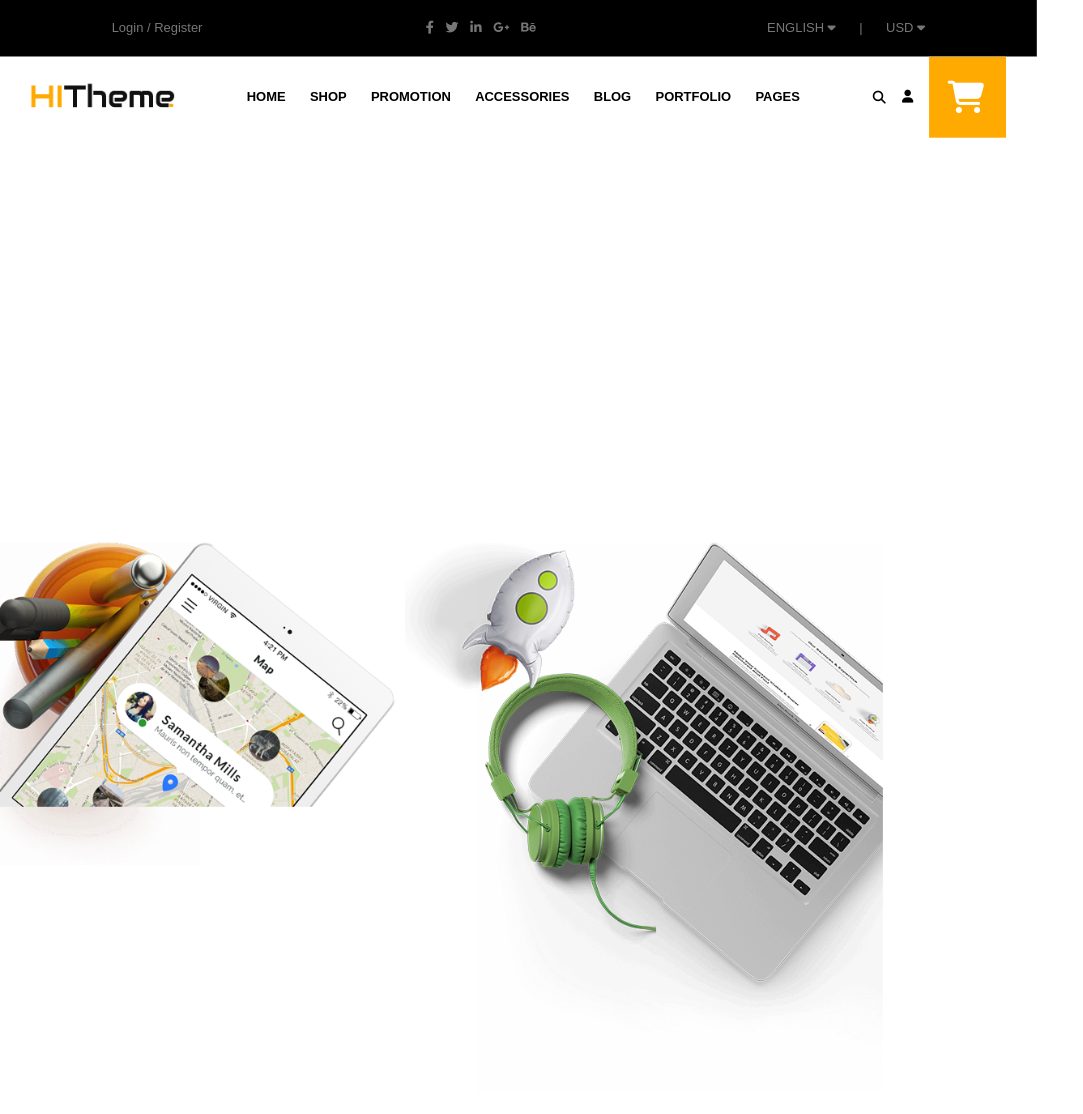
Repository: Thach1311/DU-AN-WEB-BAN-HANG-
Page: index1.html
These files come from the project's save history. The page is drawn as it stood at one moment and after the next save; the edit follows.
The browser window is 1280 px wide. The page is 1280 px wide, then 1337 px, so the pictures cover 1337 px, including what lies to the right of the window. The pictures show the whole page, at 81% of full size.

Above is the page before, as saved 2023-02-23 17:31:57.

After the next save:
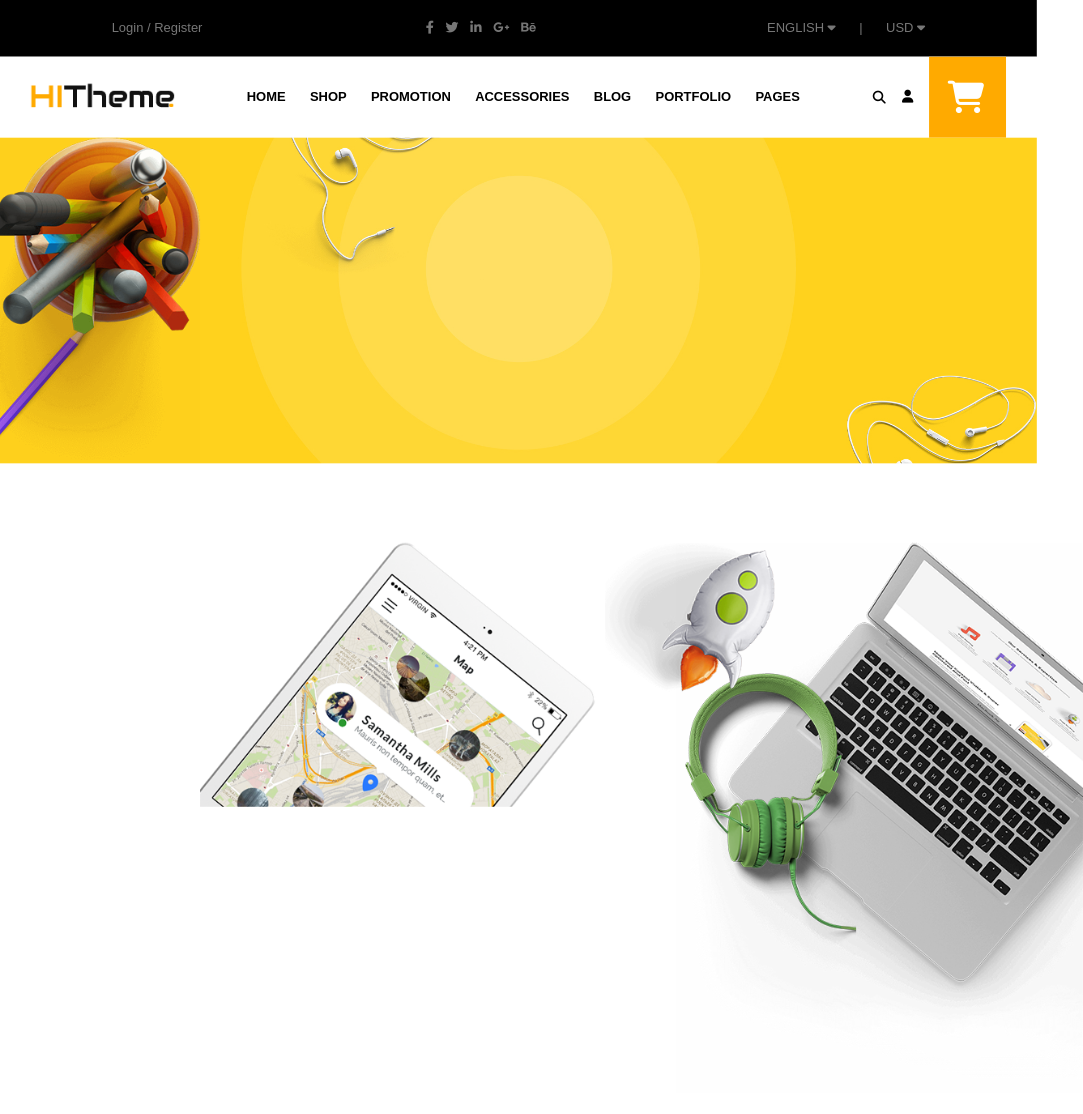
Saved 7 s later.
--- a/CSS/style1.css
+++ b/CSS/style1.css
@@ -617,8 +617,8 @@
 .slide__bgMain-item1{
 
     /* animation: go 2s infinite alternate-reverse; */
-    position: absolute;
-    margin-top: 500px;
+    /* position: absolute;
+    margin-top: 500px; */
 }
 .slide__bgMain-item2{
     position: absolute;
